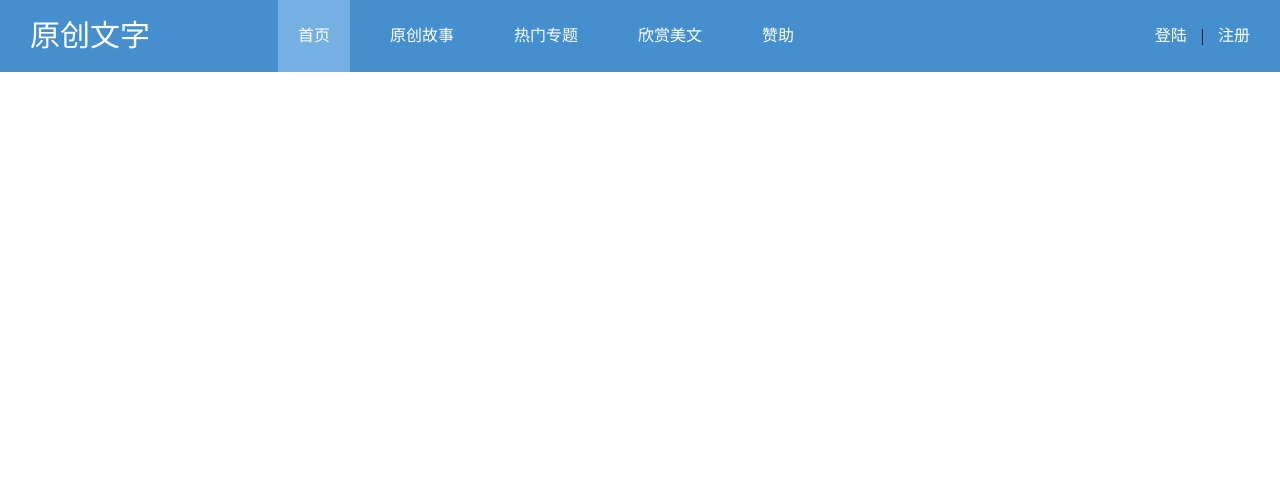
Repository: equation-zheng/Article
Page: http://localhost/Idles/
The author's editor kept a copy of each file at every save. The page is drawn from the files as they stood at one save, then again after the next save.
The browser window is 1280 px wide. The pictures show the whole page.
The page is served by Tomcat 9. Other server files are loaded and not shown.

Above is the page before, as saved 2017-12-06 01:57:30.

### Service/apache-tomcat-7.0.82/Idles/WebContent/index.jsp
<?xml version="1.0" encoding="UTF-8" ?>
<%@ page language="java" contentType="text/html; charset=UTF-8"
    pageEncoding="UTF-8"%>
<!DOCTYPE html PUBLIC "-//W3C//DTD XHTML 1.0 Transitional//EN" "http://www.w3.org/TR/xhtml1/DTD/xhtml1-transitional.dtd">
<html xmlns="http://www.w3.org/1999/xhtml">
<head>
<meta http-equiv="Content-Type" content="text/html; charset=UTF-8" />
<title>首页</title>
</head>
<style>
	* {
		margin: 0;
		padding: 0;
		font-family: "微软雅黑";
	}
	ul li {
		list-style: none;
	}
	.header {
		height: 72px;
		background: #458fce;
	}
	.header .logo {
		color: #fff;
		line-height: 72px;
		font-size: 30px;
		margin-left: 30px;
		display: inline-block;
		font-weight: 500;
		float: left;
	}
	.header ul .first {
		margin-left: 10%;
		background: #74b0e2;
	}
	.header ul li {
		float: left;
		line-height: 72px;
		margin-left: 20px;
		padding: 0 20px 0 20px;
		color: #fff;

	}
	.header ul li:hover{
		background: #74b0e2;
		color: #D6E1CC;
	}
	.header .login {
		margin-right: 20px;
		float: right;
	}
	.header .login a {
		line-height: 72px;
		color: #fff;
		padding: 0 10px 0 10px;
		display: inline-block;
		text-decoration: none;
	}
	.header .login span a:hover {
		background: #74b0e2;
		color: #D6E1CC;
	}

</style>
<body>
	<div class="header">
	<div class='logo'>原创文字</div>
		<ul>
			<li class='first'>首页</li>
			<li>原创故事</li>
			<li>热门专题</li>
			<li>欣赏美文</li>
			<li>赞助</li>
		</ul>
		<div class='login'>
			<span><a href="javascript:void(0)">登陆</a></span>
			<span>|</span>
			<span><a href="javascript:void(0)">注册</a></span>
		</div>
	</div>
	<div class="banner"></div>
</body>
</html>

After the next save:
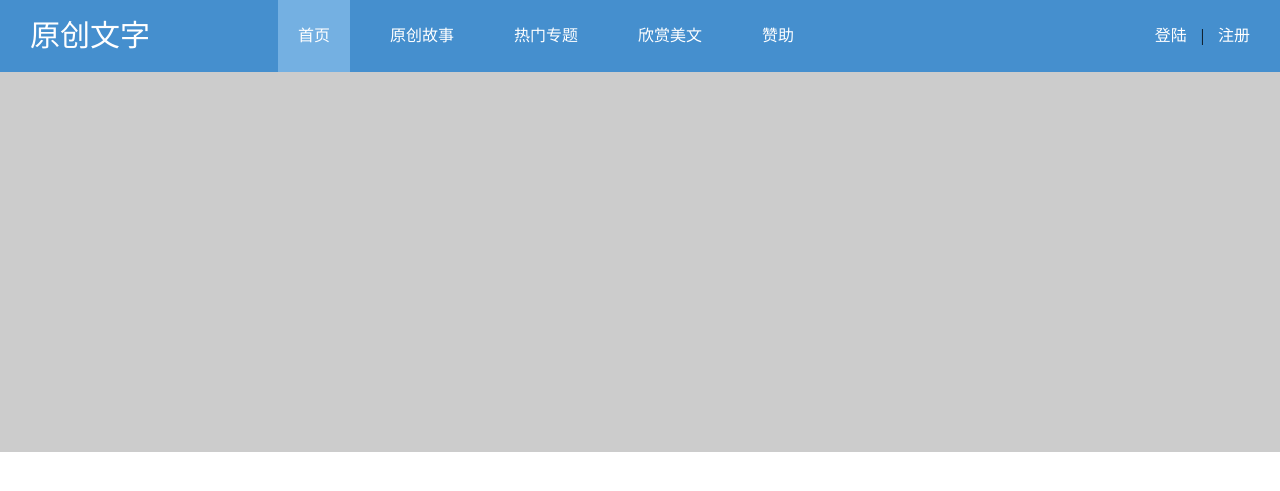
Saved 90 s later.
--- a/Service/apache-tomcat-7.0.82/Idles/WebContent/index.jsp
+++ b/Service/apache-tomcat-7.0.82/Idles/WebContent/index.jsp
@@ -60,7 +60,11 @@
 		background: #74b0e2;
 		color: #D6E1CC;
 	}
-
+	.banner {
+		height: 380px;
+		overflow: hidden;
+		background: #ccc;
+	}
 </style>
 <body>
 	<div class="header">
@@ -78,6 +82,8 @@
 			<span><a href="javascript:void(0)">注册</a></span>
 		</div>
 	</div>
-	<div class="banner"></div>
+	<div class="banner">
+
+	</div>
 </body>
 </html>
